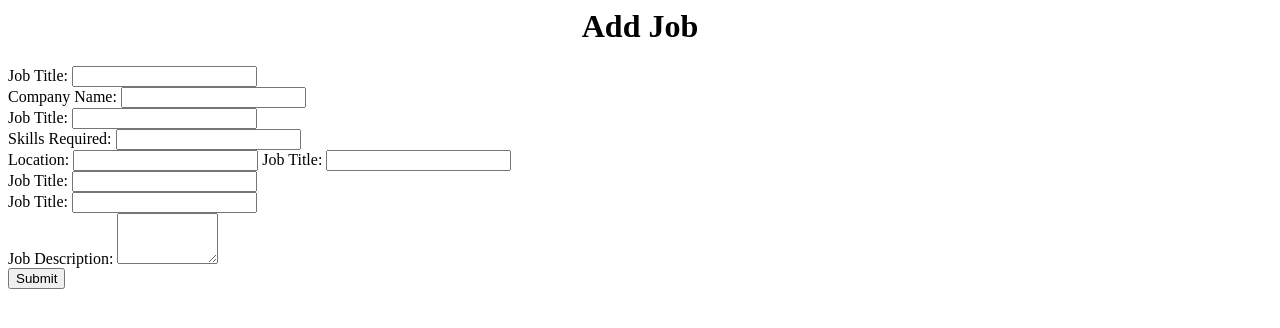
Repository: aneishkumar/AngularJS-Application
Page: Angularjs-Application-march30th/project2/WebContent/addjob.html
An editor plug-in stored every save of this project. The page is shown before and after the next save, followed by the edit.
The browser window is 1280 px wide. The pictures show the whole page.

Above is the page before, as saved 2018-03-30 08:27:51.

### Angularjs-Application-march30th/project2/WebContent/addjob.html
<h1><center>Add Job</center></h1>
<div class="containter">
<form>
<div class="form-group">
<label>Job Title:</label>
<input type="text" ng-model="job.jobtitle">
</div>
<div class="form-group">
<label>Company Name:</label>
<input type="text" ng-model="job.companyname">
</div>
<div class="form-group">
<label>Job Title:</label>
<input type="text" ng-model="job.jobtitle">
</div>
<div class="form-group">
<label>Skills Required:</label>
<input type="text" ng-model="job.skillsRequired">
</div>
<div class="form-group">
<label>Location:</label>
<input type="text" ng-model="job.location>
</div>
<div class="form-group">
<label>Job Title:</label>
<input type="text" ng-model="job.jobtitle">
</div>
<div class="form-group">
<label>Job Title:</label>
<input type="text" ng-model="job.jobtitle">
</div>
<div class="form-group">
<label>Job Title:</label>
<input type="text" ng-model="job.jobtitle">
</div>

<div class="form-group">
<label>Job Description: </label>
<textarea  ng-model="job.description" rows="3" cols="10"  class="form-control"></textarea>
</div>
<input type="submit" ng-click="addblog(blog)">

</form>


</div>

After the next save:
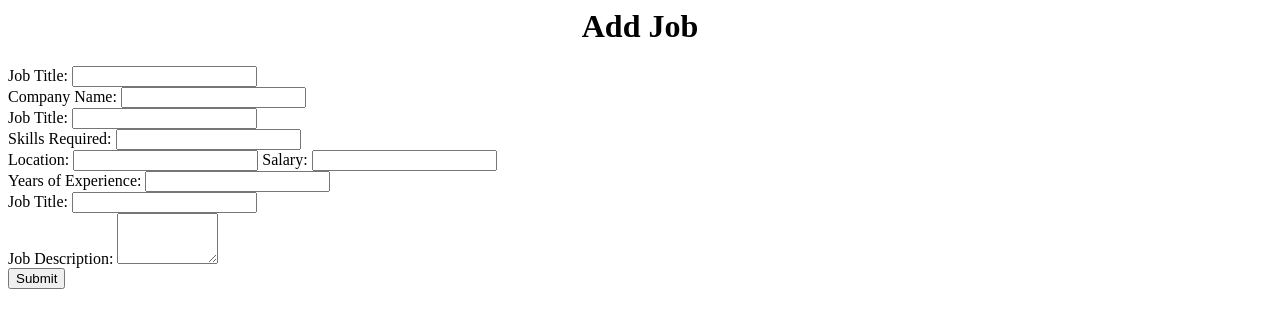
Saved 87 s later.
--- a/Angularjs-Application-march30th/project2/WebContent/addjob.html
+++ b/Angularjs-Application-march30th/project2/WebContent/addjob.html
@@ -22,12 +22,12 @@
 <input type="text" ng-model="job.location>
 </div>
 <div class="form-group">
-<label>Job Title:</label>
-<input type="text" ng-model="job.jobtitle">
+<label>Salary:</label>
+<input type="text" ng-model="job.salary">
 </div>
 <div class="form-group">
-<label>Job Title:</label>
-<input type="text" ng-model="job.jobtitle">
+<label>Years of Experience:</label>
+<input type="text" ng-model="job.yrsOfExp">
 </div>
 <div class="form-group">
 <label>Job Title:</label>
